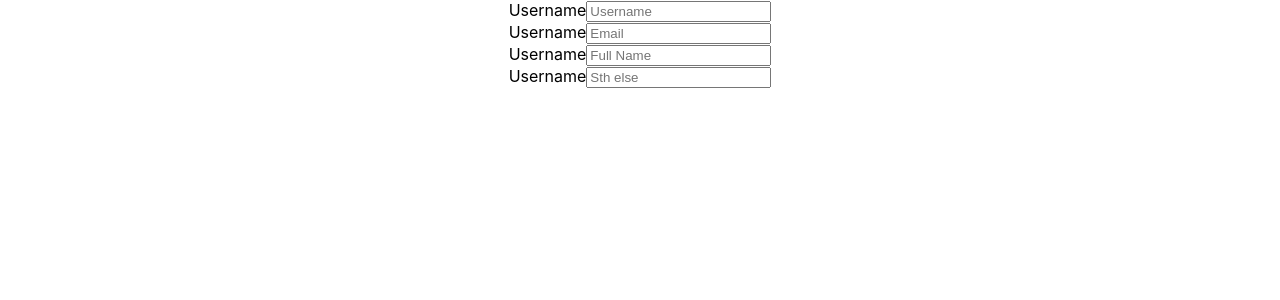
Repository: Jimmy-Lu-iK/Demo-UI
Page: /
The author's editor kept a copy of each file at every save. The page is drawn from the files as they stood at one save, then again after the next save.
The browser window is 1280 px wide. The pictures show the whole page.
The project was rebuilt for these pictures with package versions that can differ from the ones it lists, and the page was loaded fresh each time. Also part of the build but not shown: src/components/AutoComplete.js, src/components/Option.js, src/components/Dorpdown.js, src/components/FormValidate.js, src/Js/ArrayBuiltIn.js, src/Js/Word.js.

Above is the page before, as saved 2023-02-12 19:39:06.

After the next save:
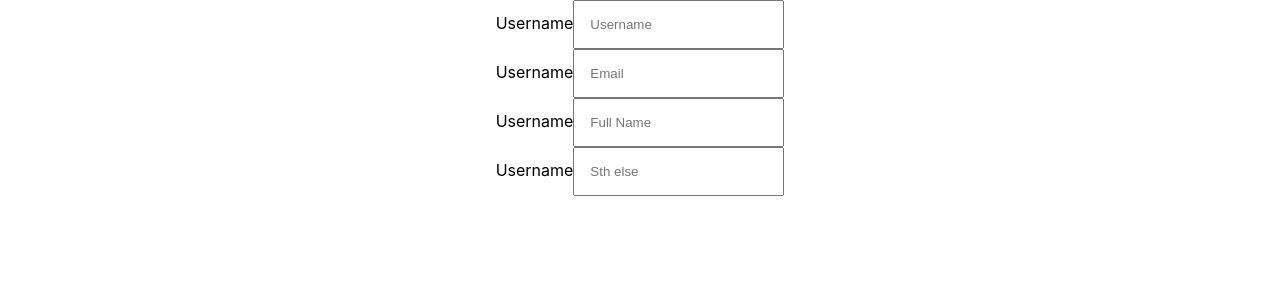
Saved 5 s later.
--- a/src/components/FormInput.css
+++ b/src/components/FormInput.css
@@ -1,3 +1,4 @@
 input {
+  padding: 15px;
 
 }
